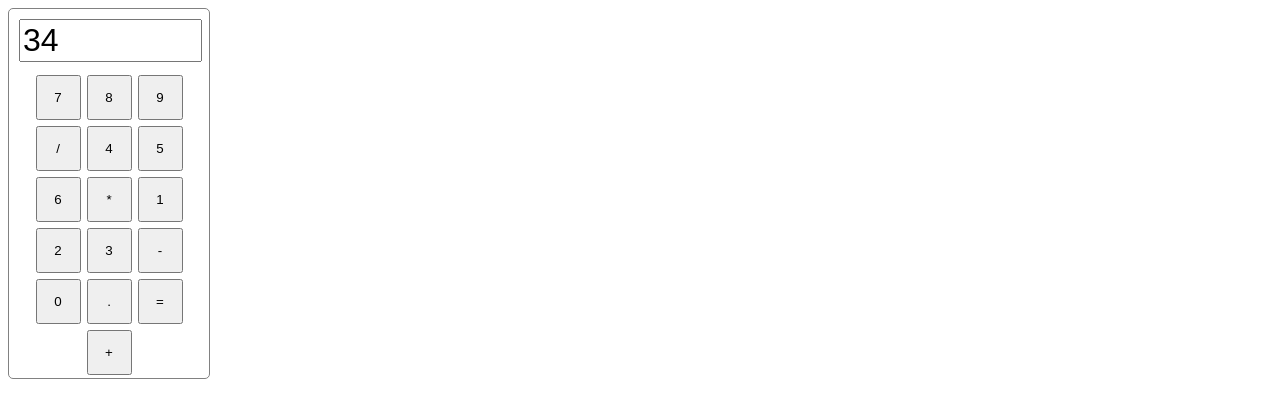
Repository: Mohitkumar1322/ReactTut
Page: / (app in calculator/Calculator/)
These files come from the project's save history. The page is drawn as it stood at one moment and after the next save; the edit follows.
The browser window is 1280 px wide. The pictures show the whole page.
The project was rebuilt for these pictures with package versions that can differ from the ones it lists, and the page was loaded fresh each time. Also part of the build but not shown: calculator/Calculator/vite.config.js.

Above is the page before, as saved 2025-08-24 10:35:32.

After the next save:
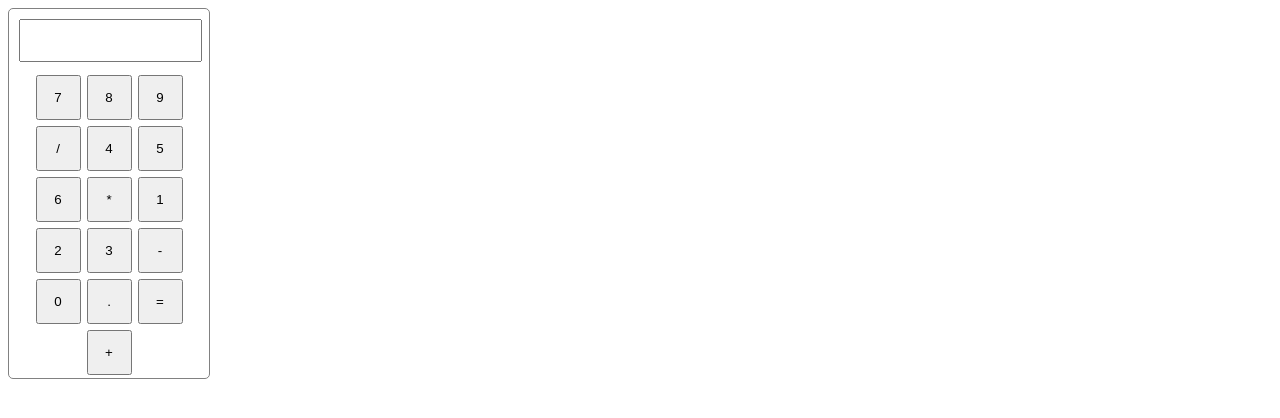
Saved 95 s later.
--- a/calculator/Calculator/src/App.jsx
+++ b/calculator/Calculator/src/App.jsx
@@ -10,7 +10,7 @@ import { useState } from 'react';
 
 
 function App() {
-  const [calVal, setCalval] = useState("34");
+  const [calVal, setCalval] = useState("");
 
   const onButtonClick = () => {
     console.log("Button Clicked");
